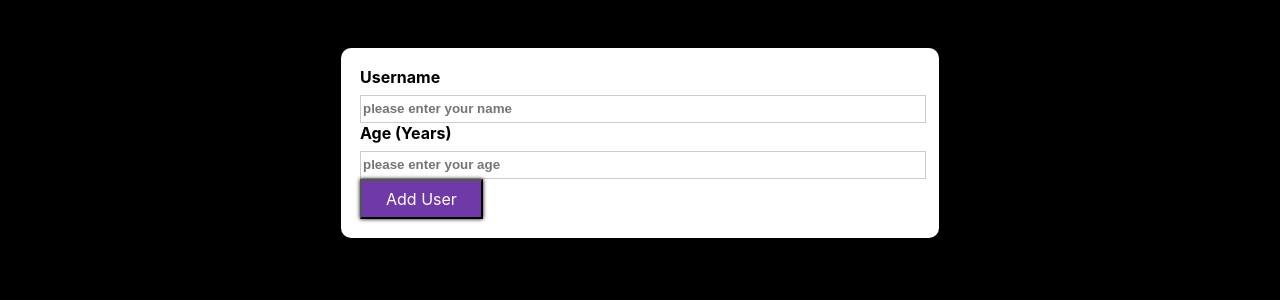
Repository: NamalPathirana/section-eight
Page: /
An editor plug-in stored every save of this project. The page is shown before and after the next save, followed by the edit.
The browser window is 1280 px wide. The pictures show the whole page.
The project was rebuilt for these pictures with package versions that can differ from the ones it lists, and the page was loaded fresh each time.

Above is the page before, as saved 2021-11-26 02:57:39.

### src/index.css
body {
  margin: 0;
  padding: 0%;
  height: 100%;
  width: 100%;
  display: flex;
  flex-direction: column;
  background-color: black;
  font-family: -apple-system, BlinkMacSystemFont, 'Segoe UI', 'Roboto', 'Oxygen',
    'Ubuntu', 'Cantarell', 'Fira Sans', 'Droid Sans', 'Helvetica Neue',
    sans-serif;
  -webkit-font-smoothing: antialiased;
  -moz-osx-font-smoothing: grayscale;
}

code {
  font-family: source-code-pro, Menlo, Monaco, Consolas, 'Courier New',
    monospace;
}

### src/App.js
import logo from './logo.svg';
import './App.css';
import UserInput from './Components/UserInput/UserInput';

function App() {
  return (
    <div className="App">
      <section>
      <UserInput></UserInput>
      </section>

    </div>
  );
}

export default App;

### src/App.css
.App {


}

### src/Components/UserInput/UserInput.js
import Button from '../../UI/Button/Button';
import styles from './UserInput.module.css'

const UserInput = () => {
    return (
        <form>
        <div className={styles.frame}>
            <label>Username</label>
            <input placeholder='please enter your name'/>
            <label>Age (Years)</label>
            <input placeholder='please enter your age'/>
            <Button name='Add User'></Button>
        </div>
        </form>
    );
};

export default UserInput;

### src/UI/Button/Button.js
import styles from "./Button.module.css";

const Button = (props) => {
  return <button className={styles.button}>{props.name}</button>;
};

export default Button;

### src/Components/UserInput/UserInput.module.css
.frame{
    margin: 0.5rem 0.5rem;
    padding: 1.2rem 1.2rem;
    width: 35rem;
    max-width: 90%;
    margin: 3rem auto;
    background-color: white;
    border-radius: 10px;

}

.frame input{
    display: block;
    font-weight: bold;
    border: 1px solid #ccc;
    line-height: 1.5rem;
    padding: 100 0.25rm;
    width: 100%;
}

.frame label{
    display: block;
    align-content: flex-start;
    font-weight: bold;
    margin-bottom: 0.5rem;
}

### src/UI/Button/Button.module.css
.button{
    font: inherit;
    padding: 0.5rem 1.5rem;
    background-color: rgb(112, 57, 168);
    color:white;
    box-shadow: 0 0 4px black;
    cursor: pointer;
    width: auto;
}

.button:focus{
    outline: none;
}

.button:hover,.button:active{
    background-color: rgb(185, 140, 231);
    border-color: rgb(185, 140, 231);
    box-shadow: 0 0 8px black;
}

Loaded but not shown: public/index.html (common file); src/index.js (common file); src/reportWebVitals.js (common file)

After the next save:
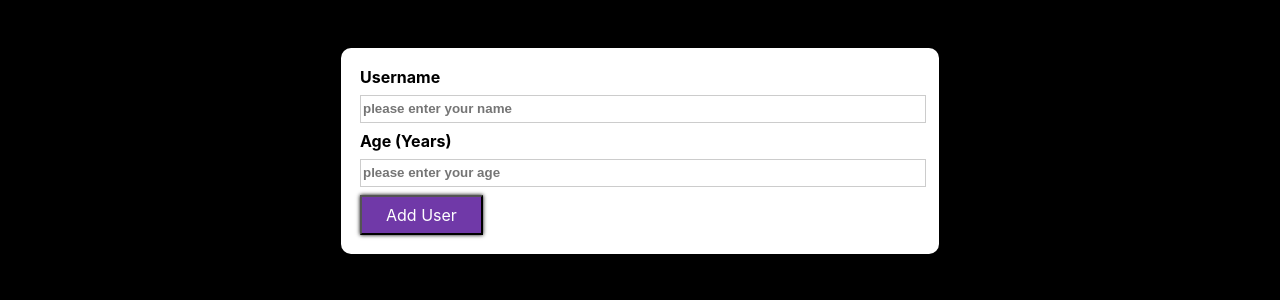
Saved 10 s later.
--- a/src/Components/UserInput/UserInput.module.css
+++ b/src/Components/UserInput/UserInput.module.css
@@ -16,6 +16,7 @@
     line-height: 1.5rem;
     padding: 100 0.25rm;
     width: 100%;
+    margin-bottom: 0.5rem;
 }
 
 .frame label{
